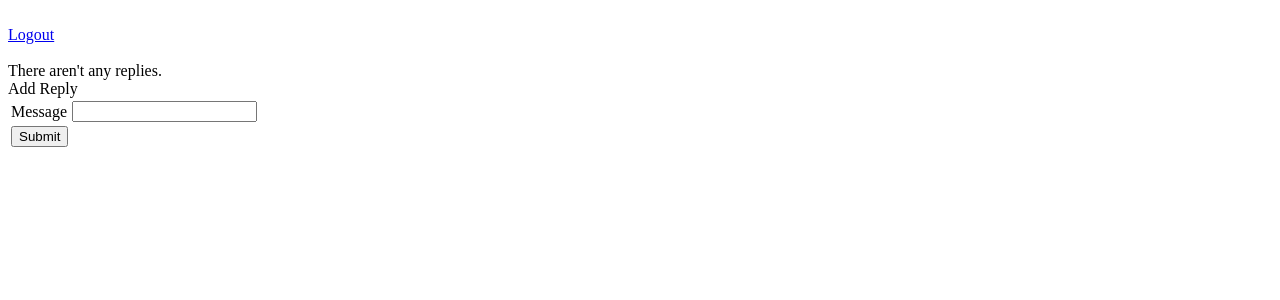
Repository: TeodorZlatev/Homework
Page: http://localhost/Web/reply.jsp
An editor plug-in stored every save of this project. The page is shown before and after the next save, followed by the edit.
The browser window is 1280 px wide. The pictures show the whole page.
The page is served by Tomcat 9. Other server files are loaded and not shown. Queries for data that is not in the repository find no rows.

Above is the page before, as saved 2016-04-27 10:57:37.

### HomeworkWeb/Web/WebContent/reply.jsp
<%@page import="entities.DBManager"%>
<%@ page import="java.util.List"%>
<%@ page import="entities.Reply"%>
<%@ page language="java" contentType="text/html; charset=ISO-8859-1"
	pageEncoding="ISO-8859-1"%>
<!DOCTYPE html PUBLIC "-//W3C//DTD HTML 4.01 Transitional//EN" "http://www.w3.org/TR/html4/loose.dtd">
<html>
<head>
<meta http-equiv="Content-Type" content="text/html; charset=ISO-8859-1">
<title>FORUM</title>
</head>
<body>
	<br />
	<a href="Logout">Logout</a>
	<br />
	<br />
	<%

	String topicId = (String)session.getAttribute("topicId");
	session.setAttribute("topicId", topicId);
		List<Reply> list = DBManager.getAllRepliesByTopicId(topicId);
		if (list.size() == 0) {
			out.println("There aren't any replies.");
		}
		for (int i = 0; i < list.size(); i++) {
			out.println("Written by: " + list.get(i).getUserId() + " on date: "
					+ list.get(i).getCreatedAt().toString());
	%>
	<br />
	<%
		out.println(list.get(i).getMessage());
	%><br />
	<br />
	<%
		}
	%>
	<br />
	<form action="addReply" method="post">
		Add Reply
		<table>

			<tr>
				<td>Message</td>
				<td><input type="text" name="message" /></td>
			</tr>

			<tr>
				<td><input type="submit" value="Submit" /></td>
			</tr>
		</table>
	</form>

</body>
</html>

### HomeworkWeb/Web/src/entities/DBManager.java
package entities;

import java.sql.Connection;
import java.sql.DriverManager;
import java.sql.PreparedStatement;
import java.sql.ResultSet;
import java.sql.SQLException;
import java.sql.Timestamp;
import java.util.LinkedList;
import java.util.List;

public class DBManager {
	private final static String DB_USERNAME = "root";
	private final static String DB_PASSWORD = "841952";
	private final static String DB_URI = "jdbc:mysql://localhost:3306/forums";
	private final static String DB_DRIVER = "com.mysql.jdbc.Driver";
	private static Connection connection = null;

	public static void open() throws SQLException, ClassNotFoundException {
		Class.forName(DB_DRIVER);
		if (connection != null) {
			close();
		}
		connection = DriverManager.getConnection(DB_URI, DB_USERNAME, DB_PASSWORD);
	}

	public static void close() throws SQLException {
		if (connection != null) {
			connection.close();
		}
		connection = null;
	}

	public static boolean validateUser(String username, String password) throws ClassNotFoundException, SQLException {
		boolean status = false;
		open();
		PreparedStatement ps = connection.prepareStatement("select * from users where username=? and password=?");
		ps.setString(1, username);
		ps.setString(2, password);
		ResultSet rs = ps.executeQuery();
		status = rs.next();
		rs.close();
		ps.close();
		close();
		return status;
	}

	public static int getUserId(String username, String password) throws SQLException, ClassNotFoundException {
		open();
		PreparedStatement ps = connection.prepareStatement("select id from users where username=? and password=?");
		ps.setString(1, username);
		ps.setString(2, password);
		ResultSet rs = ps.executeQuery();
		int userId = 0;
		if (rs.next()) {
			userId = rs.getInt("id");
		}
		rs.close();
		ps.close();
		close();
		return userId;
	}

	public static void insertUser(User user) throws ClassNotFoundException, SQLException {
		open();
		String insert = "INSERT INTO users (username, password, names, email, gender, age, date_registered, current_status, registered_status) VALUES (?,?,?,?,?,?,?,'online','new');";
		PreparedStatement ps = connection.prepareStatement(insert);
		ps.setString(1, user.getUserName());
		ps.setString(2, user.getPassword());
		ps.setString(3, user.getNames());
		ps.setString(4, user.getEmail());
		ps.setString(5, user.getGender());
		ps.setString(6, user.getAge());
		ps.setTimestamp(7, new Timestamp(System.currentTimeMillis()));
		ps.executeUpdate();
		close();
	}

	public static void insertForum(Forum forum) throws ClassNotFoundException, SQLException {
		open();
		String insert = "INSERT INTO forums (title,date_created) VALUES (?,?);";
		PreparedStatement ps = connection.prepareStatement(insert);
		ps.setString(1, forum.getTitle());
		ps.setTimestamp(2, new Timestamp(System.currentTimeMillis()));
		ps.executeUpdate();
		close();
	}

	public static List<Forum> getAllForums() throws ClassNotFoundException, SQLException {
		open();
		List<Forum> list = new LinkedList<>();
		String select = "SELECT * FROM forums";
		PreparedStatement ps = connection.prepareStatement(select);
		ResultSet rs = ps.executeQuery();
		while (rs.next()) {
			Forum forum = new Forum(rs.getInt("id"), rs.getString("title"), rs.getTimestamp("date_created"));
			list.add(forum);
		}
		close();
		return list;
	}

	public static String getForumTitleById(String forumId)throws ClassNotFoundException, SQLException {
		open();
		String forumTitle = null;
		String select = "SELECT title FROM forums WHERE id = "+forumId;
		PreparedStatement ps = connection.prepareStatement(select);
		ResultSet rs = ps.executeQuery();
		if (rs.next()){
			forumTitle = rs.getString("title");
		}
		close();
		return forumTitle;
	}

	public static void insertTopic(Topic topic, String forum_id, int user_id) throws ClassNotFoundException, SQLException {
		open();
		String insert = "INSERT INTO topics (title,date_created,forum_id,user_id) VALUES (?,NOW(),?,?);";
		PreparedStatement ps = connection.prepareStatement(insert);
		ps.setString(1, topic.getTitle());
		ps.setString(2, forum_id);
		ps.setInt(3, user_id);
		ps.executeUpdate();
		close();
	}

	public static List<Topic> getAllTopicsByForumId(String forumId) throws ClassNotFoundException, SQLException {
		open();
		List<Topic> list = new LinkedList<>();
		String select = "SELECT * FROM topics where forum_id="+forumId;
		PreparedStatement ps = connection.prepareStatement(select);
		ResultSet rs = ps.executeQuery();
		while (rs.next()) {
			Topic topic = new Topic(rs.getInt("id"), rs.getString("title"), rs.getTimestamp("date_created"),
					rs.getTimestamp("date_modified"), rs.getInt("forum_id"), rs.getInt("user_id"));
			list.add(topic);
		}
		close();
		return list;
	}

	public static String getTopicTitleById(String topicId)throws ClassNotFoundException, SQLException {
		open();
		String topicTitle = null;
		String select = "SELECT title FROM topics WHERE id = "+topicId;
		PreparedStatement ps = connection.prepareStatement(select);
		ResultSet rs = ps.executeQuery();
		if (rs.next()){
			topicTitle = rs.getString("title");
		}
		close();
		return topicTitle;
	}

	public static void insertReply(Reply reply, int topicId) throws ClassNotFoundException, SQLException {
		open();
		String insert = "INSERT INTO replies (message,date_created,topic_id,user_id) VALUES (?,NOW(),?,?);";
		PreparedStatement ps = connection.prepareStatement(insert);
		ps.setString(1, reply.getMessage());
		ps.setInt(2, topicId);
		ps.setInt(3, 2);
		ps.executeUpdate();
		close();
	}

	public static List<Reply> getAllRepliesByTopicId(String topicId) throws ClassNotFoundException, SQLException {
		open();
		List<Reply> list = new LinkedList<>();
		String select = "SELECT * FROM replies WHERE topic_id=" + topicId;
		PreparedStatement ps = connection.prepareStatement(select);
		ResultSet rs = ps.executeQuery();
		while (rs.next()) {
			Reply reply = new Reply(rs.getString("message"), rs.getTimestamp("date_created"), rs.getInt("topic_id"),
					rs.getInt("user_id"));
			list.add(reply);
		}
		close();
		return list;
	}


}

After the next save:
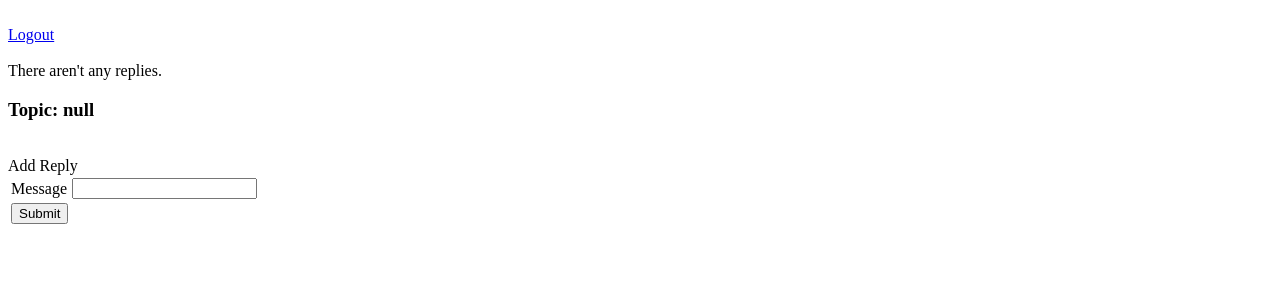
Saved 10 min 53 s later.
--- a/HomeworkWeb/Web/WebContent/reply.jsp
+++ b/HomeworkWeb/Web/WebContent/reply.jsp
@@ -15,13 +15,18 @@
 	<br />
 	<br />
 	<%
-
-	String topicId = (String)session.getAttribute("topicId");
-	session.setAttribute("topicId", topicId);
+		String topicId = (String) session.getAttribute("topicId");
+		session.setAttribute("topicId", topicId);
 		List<Reply> list = DBManager.getAllRepliesByTopicId(topicId);
 		if (list.size() == 0) {
 			out.println("There aren't any replies.");
 		}
+	%>
+	<h3>
+		Topic:
+		<%=DBManager.getTopicTitleById(topicId)%></h3>
+
+	<%
 		for (int i = 0; i < list.size(); i++) {
 			out.println("Written by: " + list.get(i).getUserId() + " on date: "
 					+ list.get(i).getCreatedAt().toString());
